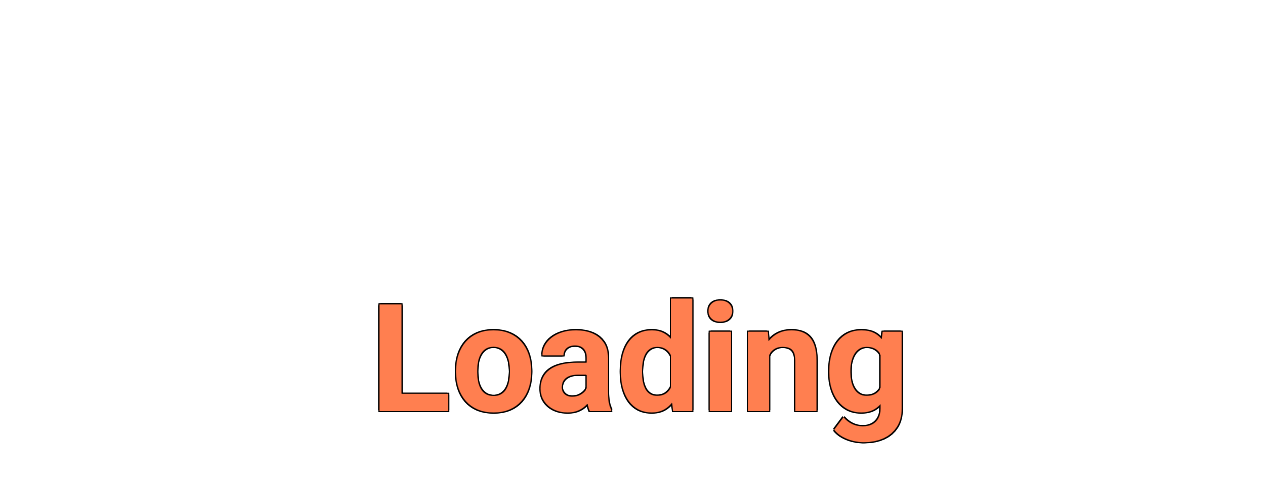
Repository: safak/animation
Page: index-4.html
An editor plug-in stored every save of this project. The page is shown before and after the next save, followed by the edit.
The browser window is 1280 px wide. The pictures show the whole page.

Above is the page before, as saved 2020-12-17 00:34:08.

After the next save:
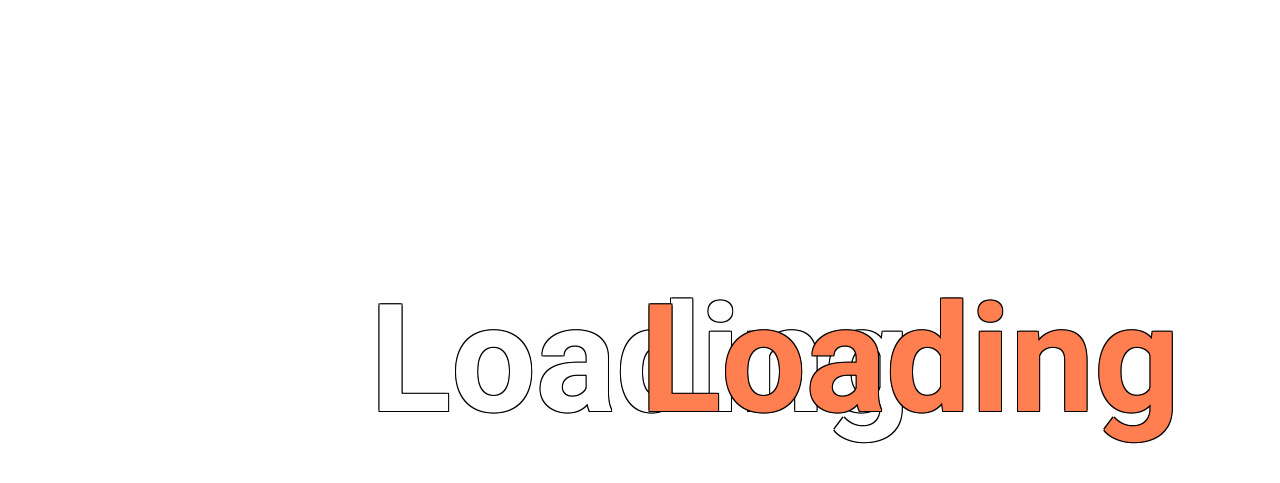
Saved 67 s later.
--- a/style.css
+++ b/style.css
@@ -159,5 +159,11 @@
 h1::before {
   content: "Loading";
   color: coral;
+  width: 0;
   position: absolute;
+  animation: move 4s ease-in infinite;
 }
+
+@keyframes{
+
+}
